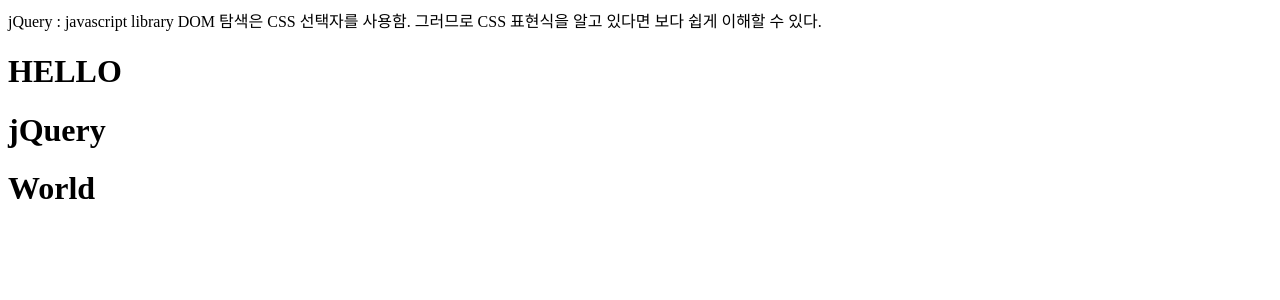
Repository: Shinhan1/shinhan
Page: http://localhost/web_goott/w20200323/jQueryEx01.jsp
The author's editor kept a copy of each file at every save. The page is drawn from the files as they stood at one save, then again after the next save.
The browser window is 1280 px wide. The pictures show the whole page.
The page is served by Tomcat 9.

Above is the page before, as saved 2020-03-23 03:44:51.

After the next save:
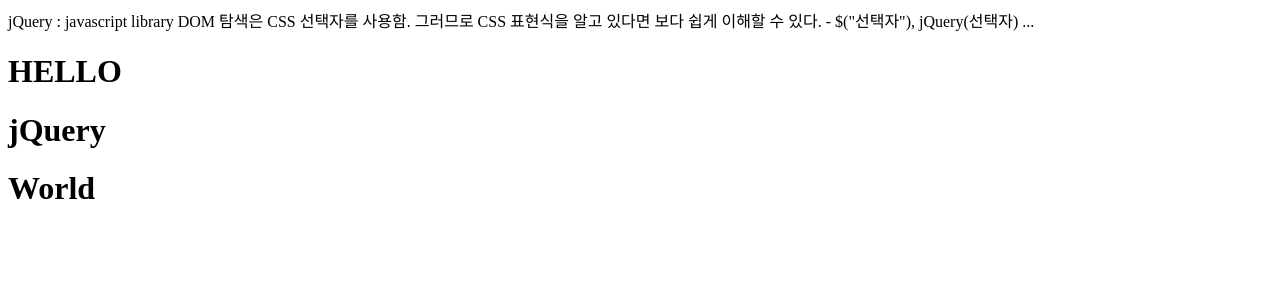
Saved 33 s later.
--- a/web_goott/WebContent/w20200323/jQueryEx01.jsp
+++ b/web_goott/WebContent/w20200323/jQueryEx01.jsp
@@ -13,6 +13,8 @@
 	DOM 탐색은 CSS 선택자를 사용함.
 	그러므로 CSS 표현식을 알고 있다면 보다 쉽게 이해할 수 있다.
 
+	- $("선택자"), jQuery(선택자) ...
+
 
 	<h1>HELLO</h1>
 	<h1>jQuery</h1>
